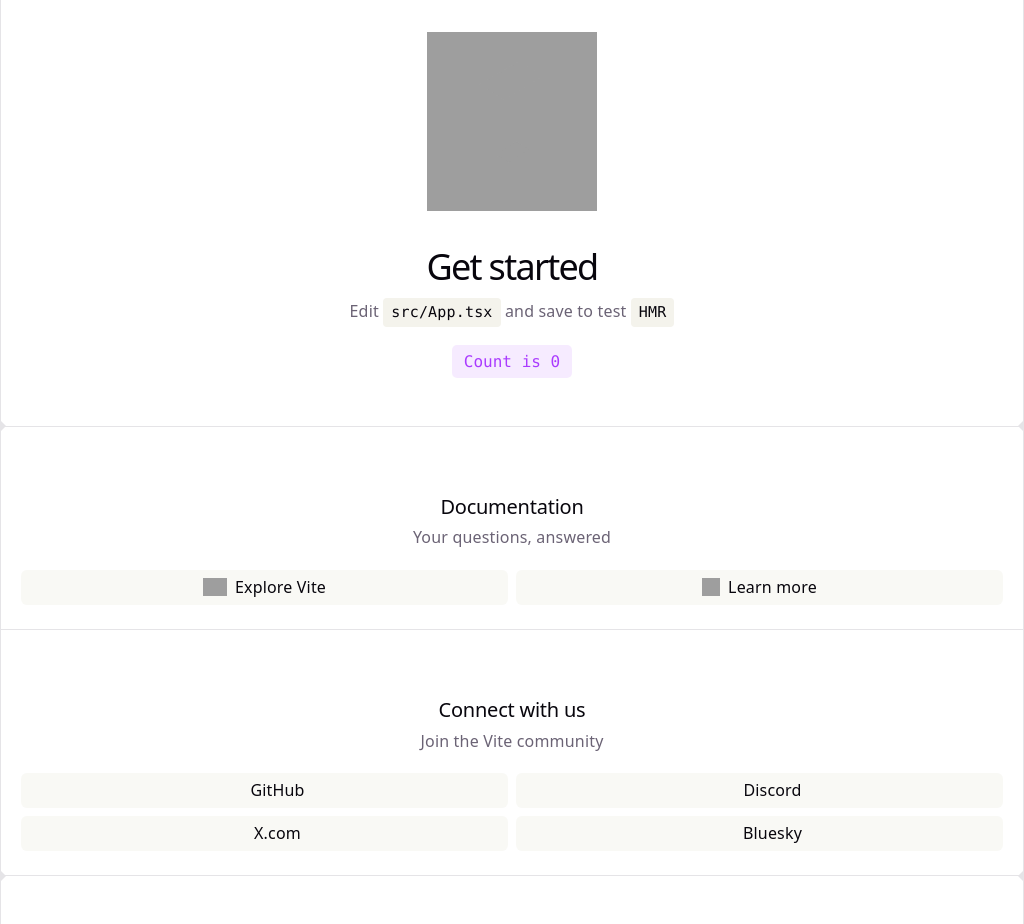
Repository: NikaJavani/medbed-crm-client
Page: /
The author's editor kept a copy of each file at every save. The page is drawn from the files as they stood at one save, then again after the next save.
The browser window is 1024 px wide. The pictures show the whole page.
Pictures or frames that could not be fetched are drawn as grey boxes. The project was rebuilt for these pictures with package versions that can differ from the ones it lists, and the page was loaded fresh each time. Also part of the build but not shown: vite.config.ts.

Above is the page before, as saved 2026-04-26 12:20:36.

### index.html
<!doctype html>
<html lang="en">
  <head>
    <meta charset="UTF-8" />
    <link rel="icon" type="image/svg+xml" href="/favicon.svg" />
    <meta name="viewport" content="width=device-width, initial-scale=1.0" />
    <title>medbed-frontend</title>
  </head>
  <body>
    <div id="root"></div>
    <script type="module" src="/src/main.tsx"></script>
  </body>
</html>

### src/index.css
:root {
  --text: #6b6375;
  --text-h: #08060d;
  --bg: #fff;
  --border: #e5e4e7;
  --code-bg: #f4f3ec;
  --accent: #aa3bff;
  --accent-bg: rgba(170, 59, 255, 0.1);
  --accent-border: rgba(170, 59, 255, 0.5);
  --social-bg: rgba(244, 243, 236, 0.5);
  --shadow:
    rgba(0, 0, 0, 0.1) 0 10px 15px -3px, rgba(0, 0, 0, 0.05) 0 4px 6px -2px;

  --sans: system-ui, 'Segoe UI', Roboto, sans-serif;
  --heading: system-ui, 'Segoe UI', Roboto, sans-serif;
  --mono: ui-monospace, Consolas, monospace;

  font: 18px/145% var(--sans);
  letter-spacing: 0.18px;
  color-scheme: light dark;
  color: var(--text);
  background: var(--bg);
  font-synthesis: none;
  text-rendering: optimizeLegibility;
  -webkit-font-smoothing: antialiased;
  -moz-osx-font-smoothing: grayscale;

  @media (max-width: 1024px) {
    font-size: 16px;
  }
}

@media (prefers-color-scheme: dark) {
  :root {
    --text: #9ca3af;
    --text-h: #f3f4f6;
    --bg: #16171d;
    --border: #2e303a;
    --code-bg: #1f2028;
    --accent: #c084fc;
    --accent-bg: rgba(192, 132, 252, 0.15);
    --accent-border: rgba(192, 132, 252, 0.5);
    --social-bg: rgba(47, 48, 58, 0.5);
    --shadow:
      rgba(0, 0, 0, 0.4) 0 10px 15px -3px, rgba(0, 0, 0, 0.25) 0 4px 6px -2px;
  }

  #social .button-icon {
    filter: invert(1) brightness(2);
  }
}

#root {
  width: 1126px;
  max-width: 100%;
  margin: 0 auto;
  text-align: center;
  border-inline: 1px solid var(--border);
  min-height: 100svh;
  display: flex;
  flex-direction: column;
  box-sizing: border-box;
}

body {
  margin: 0;
}

h1,
h2 {
  font-family: var(--heading);
  font-weight: 500;
  color: var(--text-h);
}

h1 {
  font-size: 56px;
  letter-spacing: -1.68px;
  margin: 32px 0;
  @media (max-width: 1024px) {
    font-size: 36px;
    margin: 20px 0;
  }
}
h2 {
  font-size: 24px;
  line-height: 118%;
  letter-spacing: -0.24px;
  margin: 0 0 8px;
  @media (max-width: 1024px) {
    font-size: 20px;
  }
}
p {
  margin: 0;
}

code,
.counter {
  font-family: var(--mono);
  display: inline-flex;
  border-radius: 4px;
  color: var(--text-h);
}

code {
  font-size: 15px;
  line-height: 135%;
  padding: 4px 8px;
  background: var(--code-bg);
}

### src/App.tsx
import { useState } from 'react'
import reactLogo from './assets/react.svg'
import viteLogo from './assets/vite.svg'
import heroImg from './assets/hero.png'
import './App.css'

function App() {
  const [count, setCount] = useState(0)

  return (
    <>
      <section id="center">
        <div className="hero">
          <img src={heroImg} className="base" width="170" height="179" alt="" />
          <img src={reactLogo} className="framework" alt="React logo" />
          <img src={viteLogo} className="vite" alt="Vite logo" />
        </div>
        <div>
          <h1>Get started</h1>
          <p>
            Edit <code>src/App.tsx</code> and save to test <code>HMR</code>
          </p>
        </div>
        <button
          type="button"
          className="counter"
          onClick={() => setCount((count) => count + 1)}
        >
          Count is {count}
        </button>
      </section>

      <div className="ticks"></div>

      <section id="next-steps">
        <div id="docs">
          <svg className="icon" role="presentation" aria-hidden="true">
            <use href="/icons.svg#documentation-icon"></use>
          </svg>
          <h2>Documentation</h2>
          <p>Your questions, answered</p>
          <ul>
            <li>
              <a href="https://vite.dev/" target="_blank">
                <img className="logo" src={viteLogo} alt="" />
                Explore Vite
              </a>
            </li>
            <li>
              <a href="https://react.dev/" target="_blank">
                <img className="button-icon" src={reactLogo} alt="" />
                Learn more
              </a>
            </li>
          </ul>
        </div>
        <div id="social">
          <svg className="icon" role="presentation" aria-hidden="true">
            <use href="/icons.svg#social-icon"></use>
          </svg>
          <h2>Connect with us</h2>
          <p>Join the Vite community</p>
          <ul>
            <li>
              <a href="https://github.com/vitejs/vite" target="_blank">
                <svg
                  className="button-icon"
                  role="presentation"
                  aria-hidden="true"
                >
                  <use href="/icons.svg#github-icon"></use>
                </svg>
                GitHub
              </a>
            </li>
            <li>
              <a href="https://chat.vite.dev/" target="_blank">
                <svg
                  className="button-icon"
                  role="presentation"
                  aria-hidden="true"
                >
                  <use href="/icons.svg#discord-icon"></use>
                </svg>
                Discord
              </a>
            </li>
            <li>
              <a href="https://x.com/vite_js" target="_blank">
                <svg
                  className="button-icon"
                  role="presentation"
                  aria-hidden="true"
                >
                  <use href="/icons.svg#x-icon"></use>
                </svg>
                X.com
              </a>
            </li>
            <li>
              <a href="https://bsky.app/profile/vite.dev" target="_blank">
                <svg
                  className="button-icon"
                  role="presentation"
                  aria-hidden="true"
                >
                  <use href="/icons.svg#bluesky-icon"></use>
                </svg>
                Bluesky
              </a>
            </li>
          </ul>
        </div>
      </section>

      <div className="ticks"></div>
      <section id="spacer"></section>
    </>
  )
}

export default App

### src/App.css
.counter {
  font-size: 16px;
  padding: 5px 10px;
  border-radius: 5px;
  color: var(--accent);
  background: var(--accent-bg);
  border: 2px solid transparent;
  transition: border-color 0.3s;
  margin-bottom: 24px;

  &:hover {
    border-color: var(--accent-border);
  }
  &:focus-visible {
    outline: 2px solid var(--accent);
    outline-offset: 2px;
  }
}

.hero {
  position: relative;

  .base,
  .framework,
  .vite {
    inset-inline: 0;
    margin: 0 auto;
  }

  .base {
    width: 170px;
    position: relative;
    z-index: 0;
  }

  .framework,
  .vite {
    position: absolute;
  }

  .framework {
    z-index: 1;
    top: 34px;
    height: 28px;
    transform: perspective(2000px) rotateZ(300deg) rotateX(44deg) rotateY(39deg)
      scale(1.4);
  }

  .vite {
    z-index: 0;
    top: 107px;
    height: 26px;
    width: auto;
    transform: perspective(2000px) rotateZ(300deg) rotateX(40deg) rotateY(39deg)
      scale(0.8);
  }
}

#center {
  display: flex;
  flex-direction: column;
  gap: 25px;
  place-content: center;
  place-items: center;
  flex-grow: 1;

  @media (max-width: 1024px) {
    padding: 32px 20px 24px;
    gap: 18px;
  }
}

#next-steps {
  display: flex;
  border-top: 1px solid var(--border);
  text-align: left;

  & > div {
    flex: 1 1 0;
    padding: 32px;
    @media (max-width: 1024px) {
      padding: 24px 20px;
    }
  }

  .icon {
    margin-bottom: 16px;
    width: 22px;
    height: 22px;
  }

  @media (max-width: 1024px) {
    flex-direction: column;
    text-align: center;
  }
}

#docs {
  border-right: 1px solid var(--border);

  @media (max-width: 1024px) {
    border-right: none;
    border-bottom: 1px solid var(--border);
  }
}

#next-steps ul {
  list-style: none;
  padding: 0;
  display: flex;
  gap: 8px;
  margin: 32px 0 0;

  .logo {
    height: 18px;
  }

  a {
    color: var(--text-h);
    font-size: 16px;
    border-radius: 6px;
    background: var(--social-bg);
    display: flex;
    padding: 6px 12px;
    align-items: center;
    gap: 8px;
    text-decoration: none;
    transition: box-shadow 0.3s;

    &:hover {
      box-shadow: var(--shadow);
    }
    .button-icon {
      height: 18px;
      width: 18px;
    }
  }

  @media (max-width: 1024px) {
    margin-top: 20px;
    flex-wrap: wrap;
    justify-content: center;

    li {
      flex: 1 1 calc(50% - 8px);
    }

    a {
      width: 100%;
      justify-content: center;
      box-sizing: border-box;
    }
  }
}

#spacer {
  height: 88px;
  border-top: 1px solid var(--border);
  @media (max-width: 1024px) {
    height: 48px;
  }
}

.ticks {
  position: relative;
  width: 100%;

  &::before,
  &::after {
    content: '';
    position: absolute;
    top: -4.5px;
    border: 5px solid transparent;
  }

  &::before {
    left: 0;
    border-left-color: var(--border);
  }
  &::after {
    right: 0;
    border-right-color: var(--border);
  }
}

Loaded but not shown: src/main.tsx (common file)

After the next save:
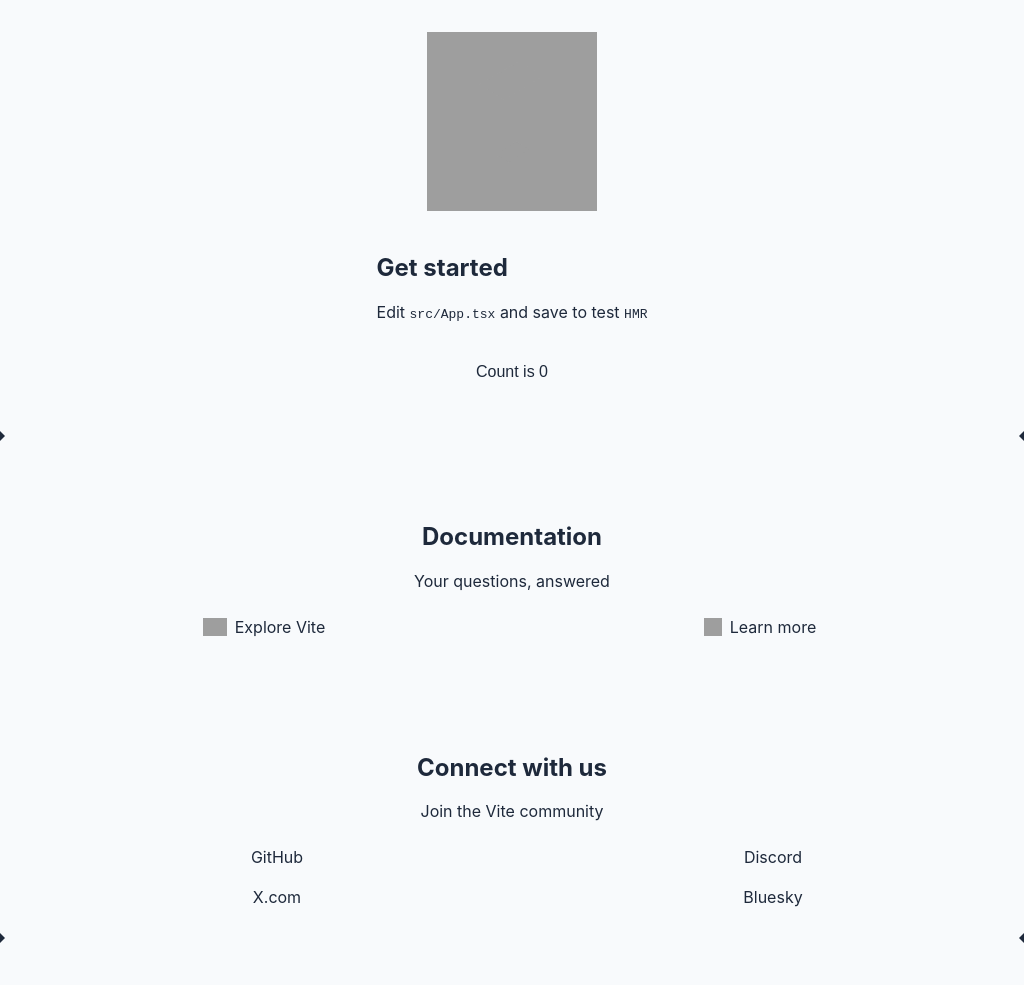
Saved 6 min 35 s later.
--- a/src/index.css
+++ b/src/index.css
@@ -1,111 +1,14 @@
-:root {
-  --text: #6b6375;
-  --text-h: #08060d;
-  --bg: #fff;
-  --border: #e5e4e7;
-  --code-bg: #f4f3ec;
-  --accent: #aa3bff;
-  --accent-bg: rgba(170, 59, 255, 0.1);
-  --accent-border: rgba(170, 59, 255, 0.5);
-  --social-bg: rgba(244, 243, 236, 0.5);
-  --shadow:
-    rgba(0, 0, 0, 0.1) 0 10px 15px -3px, rgba(0, 0, 0, 0.05) 0 4px 6px -2px;
+@tailwind base;
+@tailwind components;
+@tailwind utilities;
 
-  --sans: system-ui, 'Segoe UI', Roboto, sans-serif;
-  --heading: system-ui, 'Segoe UI', Roboto, sans-serif;
-  --mono: ui-monospace, Consolas, monospace;
-
-  font: 18px/145% var(--sans);
-  letter-spacing: 0.18px;
-  color-scheme: light dark;
-  color: var(--text);
-  background: var(--bg);
-  font-synthesis: none;
-  text-rendering: optimizeLegibility;
-  -webkit-font-smoothing: antialiased;
-  -moz-osx-font-smoothing: grayscale;
-
-  @media (max-width: 1024px) {
-    font-size: 16px;
-  }
-}
-
-@media (prefers-color-scheme: dark) {
-  :root {
-    --text: #9ca3af;
-    --text-h: #f3f4f6;
-    --bg: #16171d;
-    --border: #2e303a;
-    --code-bg: #1f2028;
-    --accent: #c084fc;
-    --accent-bg: rgba(192, 132, 252, 0.15);
-    --accent-border: rgba(192, 132, 252, 0.5);
-    --social-bg: rgba(47, 48, 58, 0.5);
-    --shadow:
-      rgba(0, 0, 0, 0.4) 0 10px 15px -3px, rgba(0, 0, 0, 0.25) 0 4px 6px -2px;
-  }
-
-  #social .button-icon {
-    filter: invert(1) brightness(2);
-  }
-}
-
-#root {
-  width: 1126px;
-  max-width: 100%;
-  margin: 0 auto;
-  text-align: center;
-  border-inline: 1px solid var(--border);
-  min-height: 100svh;
-  display: flex;
-  flex-direction: column;
+* {
   box-sizing: border-box;
 }
 
 body {
   margin: 0;
+  font-family: -apple-system, BlinkMacSystemFont, 'Segoe UI', sans-serif;
+  background-color: #f8fafc;
+  color: #1e293b;
 }
-
-h1,
-h2 {
-  font-family: var(--heading);
-  font-weight: 500;
-  color: var(--text-h);
-}
-
-h1 {
-  font-size: 56px;
-  letter-spacing: -1.68px;
-  margin: 32px 0;
-  @media (max-width: 1024px) {
-    font-size: 36px;
-    margin: 20px 0;
-  }
-}
-h2 {
-  font-size: 24px;
-  line-height: 118%;
-  letter-spacing: -0.24px;
-  margin: 0 0 8px;
-  @media (max-width: 1024px) {
-    font-size: 20px;
-  }
-}
-p {
-  margin: 0;
-}
-
-code,
-.counter {
-  font-family: var(--mono);
-  display: inline-flex;
-  border-radius: 4px;
-  color: var(--text-h);
-}
-
-code {
-  font-size: 15px;
-  line-height: 135%;
-  padding: 4px 8px;
-  background: var(--code-bg);
-}
